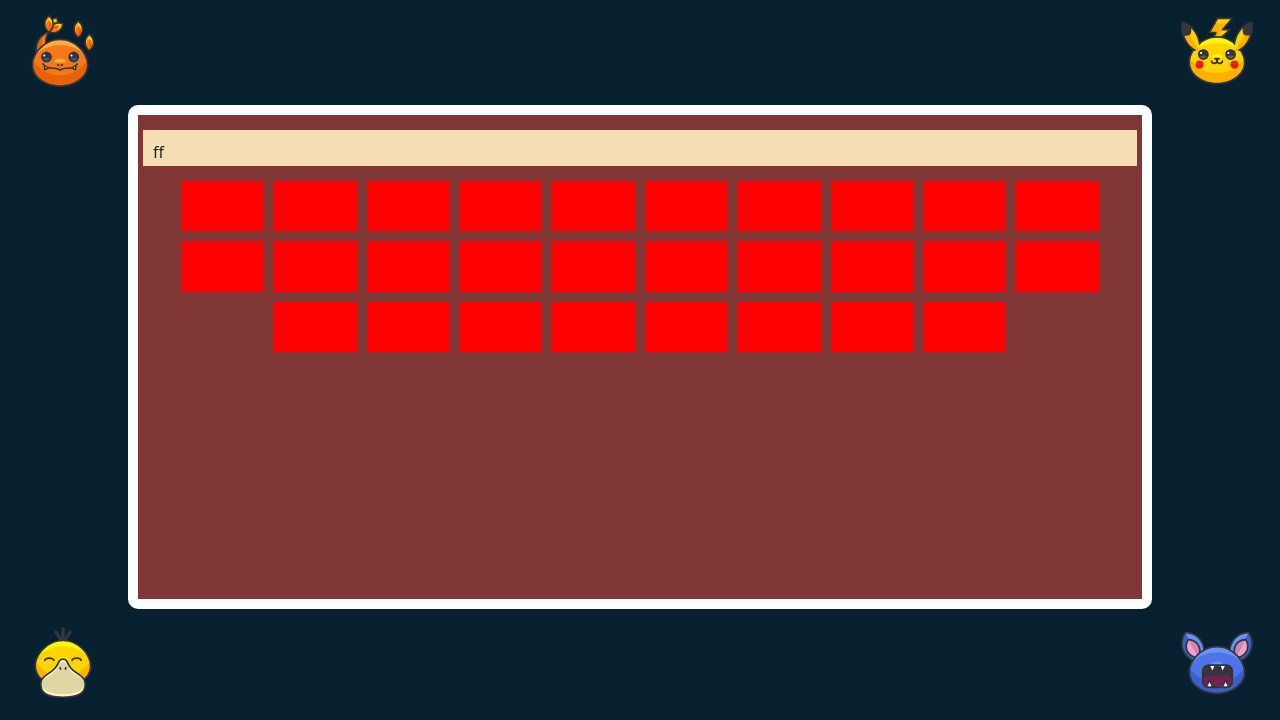
Repository: bechara611/pokedex
Page: /
These files come from the project's save history. The page is drawn as it stood at one moment and after the next save; the edit follows.
The browser window is 1280 px wide. The pictures show the whole page.
The project was rebuilt for these pictures with package versions that can differ from the ones it lists, and the page was loaded fresh each time. Also part of the build but not shown: vite.config.js.

Above is the page before, as saved 2023-01-16 18:00:54.

After the next save:
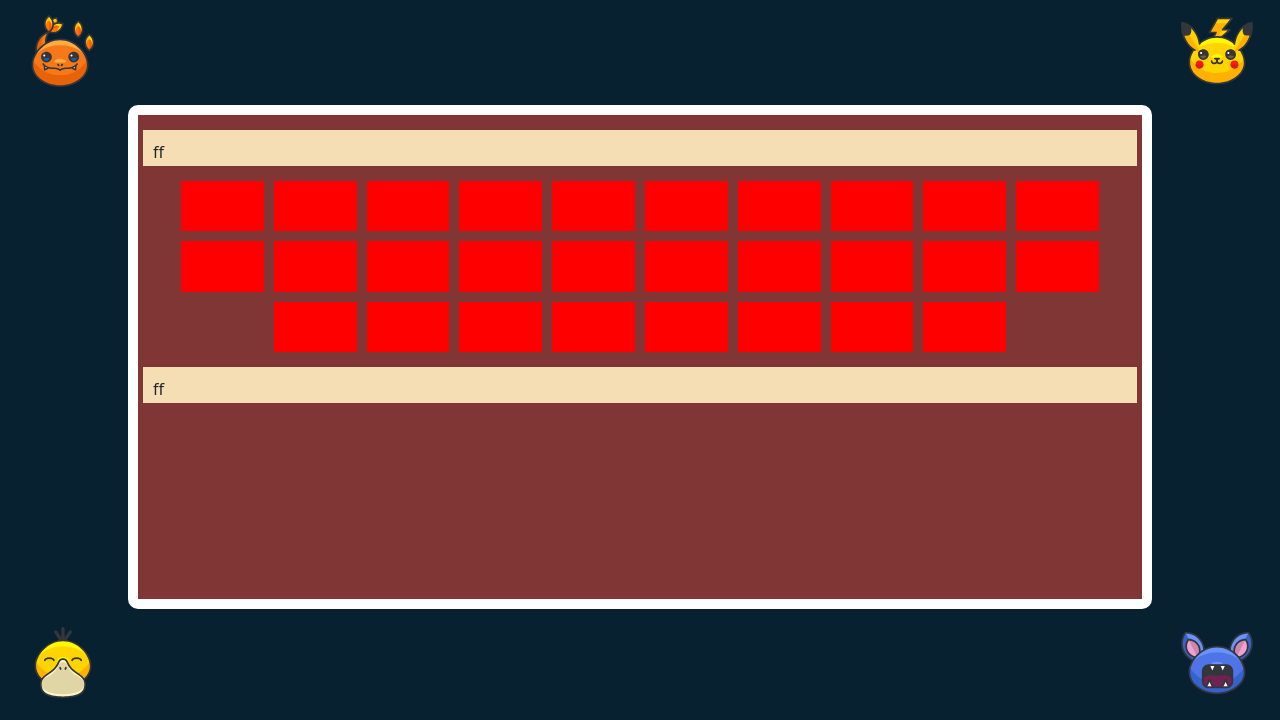
Saved 93 s later.
--- a/src/pokedex/components/PokedexListado.jsx
+++ b/src/pokedex/components/PokedexListado.jsx
@@ -43,7 +43,7 @@
         <div className="col-md-1 col-3  listado-cajita"></div>
         <div className="col-md-1 col-3  listado-cajita"></div>
         <div className="col-md-1 col-3  listado-cajita"></div>
-
+        <MenuListado></MenuListado>
         </div>
     )
 }

After the save that followed:
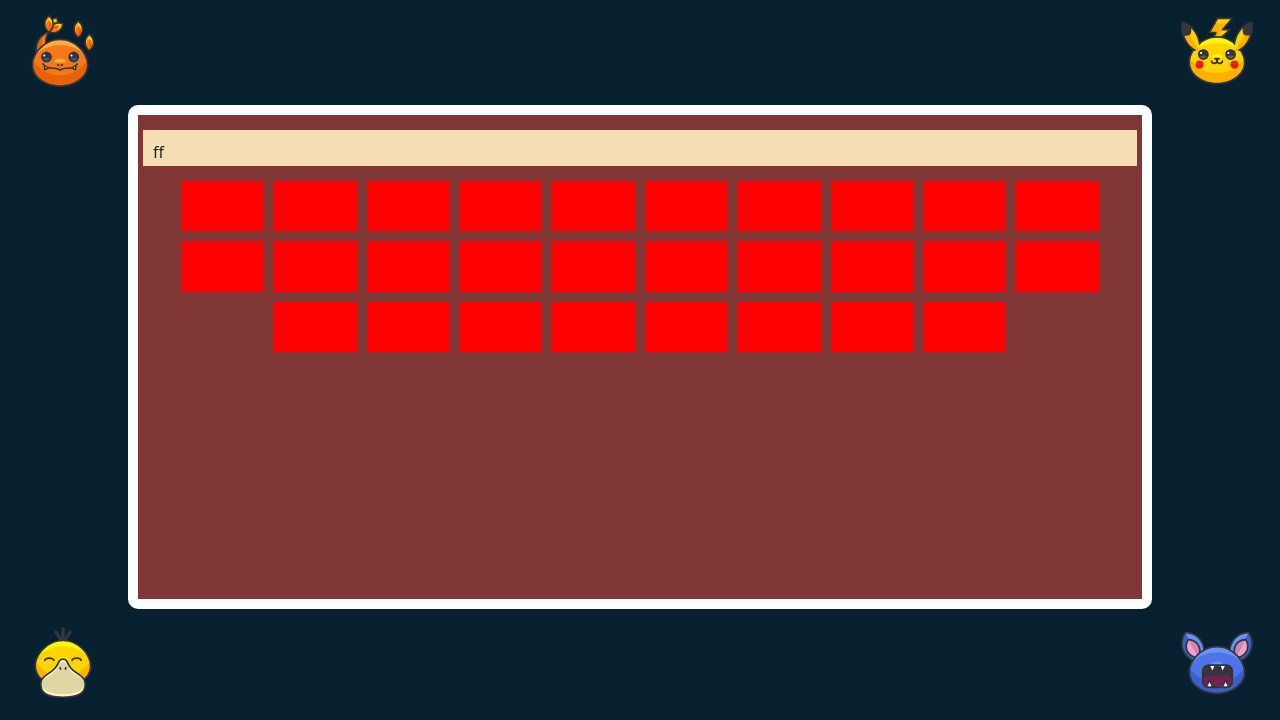
Saved 29 s later.
--- a/src/pokedex/components/PokedexListado.jsx
+++ b/src/pokedex/components/PokedexListado.jsx
@@ -43,7 +43,7 @@
         <div className="col-md-1 col-3  listado-cajita"></div>
         <div className="col-md-1 col-3  listado-cajita"></div>
         <div className="col-md-1 col-3  listado-cajita"></div>
-        <MenuListado></MenuListado>
+
         </div>
     )
 }
